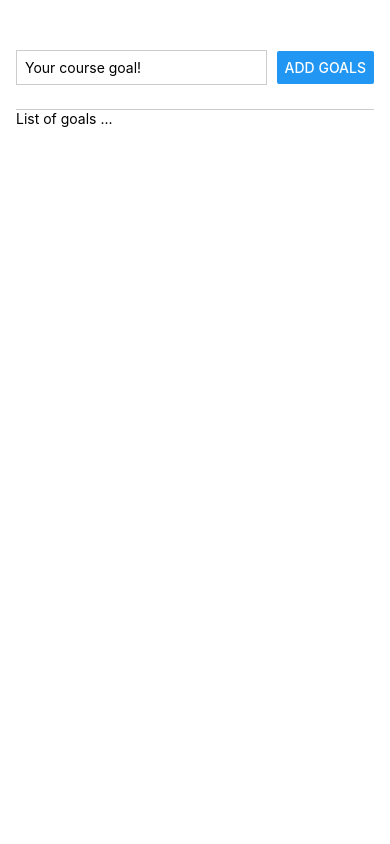
Repository: vanh1604/Todo-List
Screen: /
The author's editor kept a copy of each file at every save. The screen is drawn from the files as they stood at one save, then again after the next save.
The app was drawn by React Native's web renderer in a window 390 px wide. The project was rebuilt for these pictures with package versions that can differ from the ones it lists, and the page was loaded fresh each time.

Above is the screen before, as saved 2023-06-16 15:37:06.

### App.js
import { StyleSheet, Text, TextInput, View, Button } from "react-native";

export default function App() {
  return (
    <View style={styles.appContainer}>
      <View style={styles.inputContainer}>
        <TextInput
          style={styles.textInput}
          placeholder="Your course goal!"
        ></TextInput>
        <Button title="Add goals" />
      </View>
      <View>
        <Text>List of goals ...</Text>
      </View>
    </View>
  );
}

const styles = StyleSheet.create({
  appContainer: {
    paddingTop: 50,
    paddingHorizontal: 16,
  },
  inputContainer: {
    flex: 1,
    flexDirection: "row",
    justifyContent: "space-between",
    alignItems: "center",
    paddingBottom: 24,
    borderBottomWidth: 1,
    borderBottomColor: "#cccccc",
  },
  textInput: {
    borderWidth: 1,
    borderColor: "#cccccc",
    width: "70%",
    marginRight: 8,
    padding: 8,
  },
  goalsContainer: {
    flex: 3,
  },
});

After the next save:
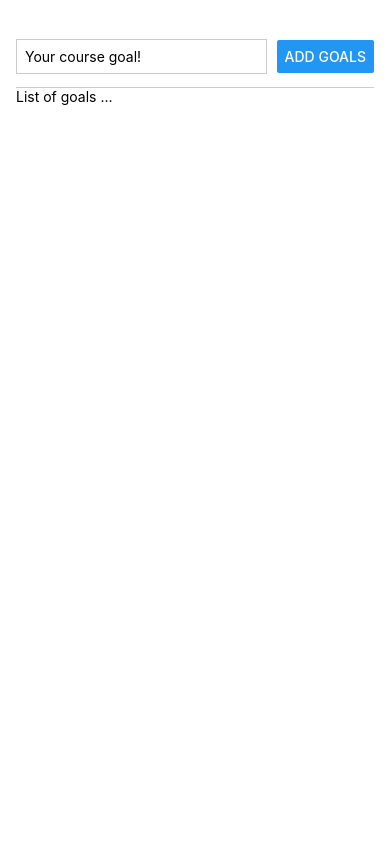
Saved 33 s later.
--- a/App.js
+++ b/App.js
@@ -10,7 +10,7 @@ export default function App() {
         ></TextInput>
         <Button title="Add goals" />
       </View>
-      <View>
+      <View style={styles.goalsContainer}>
         <Text>List of goals ...</Text>
       </View>
     </View>
